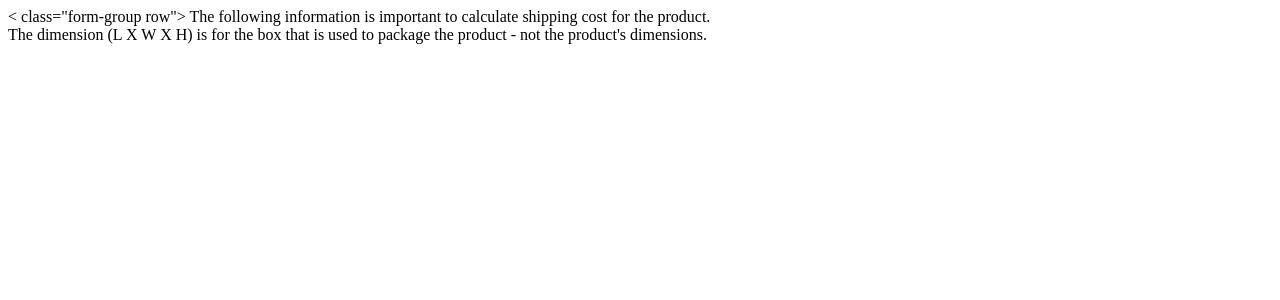
Repository: Anjgce/Ecommerce
Page: http://localhost/products/product_shipping
These files come from the project's save history. The page is drawn as it stood at one moment and after the next save; the edit follows.
The browser window is 1280 px wide. The pictures show the whole page.
The page is this project's Thymeleaf template; nobody is signed in. The template is opened directly, without the code that normally fills it, so the values that code supplies are empty.

Above is the page before, as saved 2023-09-06 07:33:09.

After the next save:
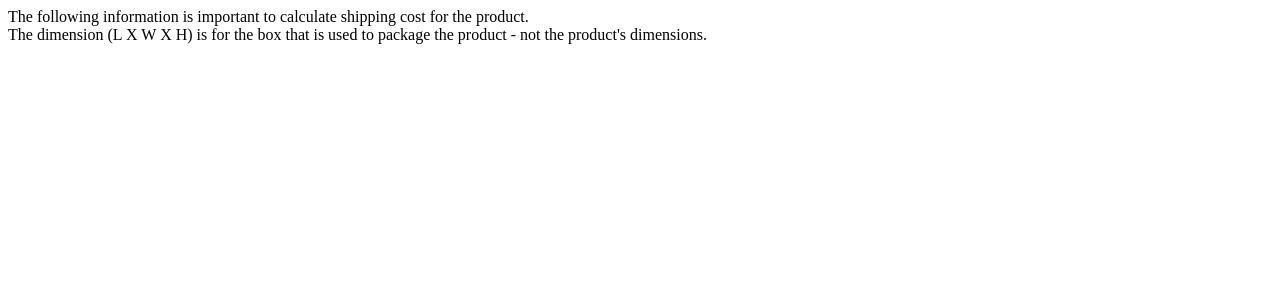
Saved 91 s later.
--- a/ShopmeProject/ShopmeWebParent/ShopmeBackend/src/main/resources/templates/products/product_shipping.html
+++ b/ShopmeProject/ShopmeWebParent/ShopmeBackend/src/main/resources/templates/products/product_shipping.html
@@ -2,7 +2,7 @@
 <html xmlns:th="http://www.thymeleaf.org">
 	<body>
 		<div th:fragment="content" th:remove="tag">
-			< class="form-group row">
+			<div class="form-group row">
 				The following information is important to calculate shipping cost for the product.<br/>
 				The dimension (L X W X H) is for the box that is used to package the product - not the product's dimensions.
 
